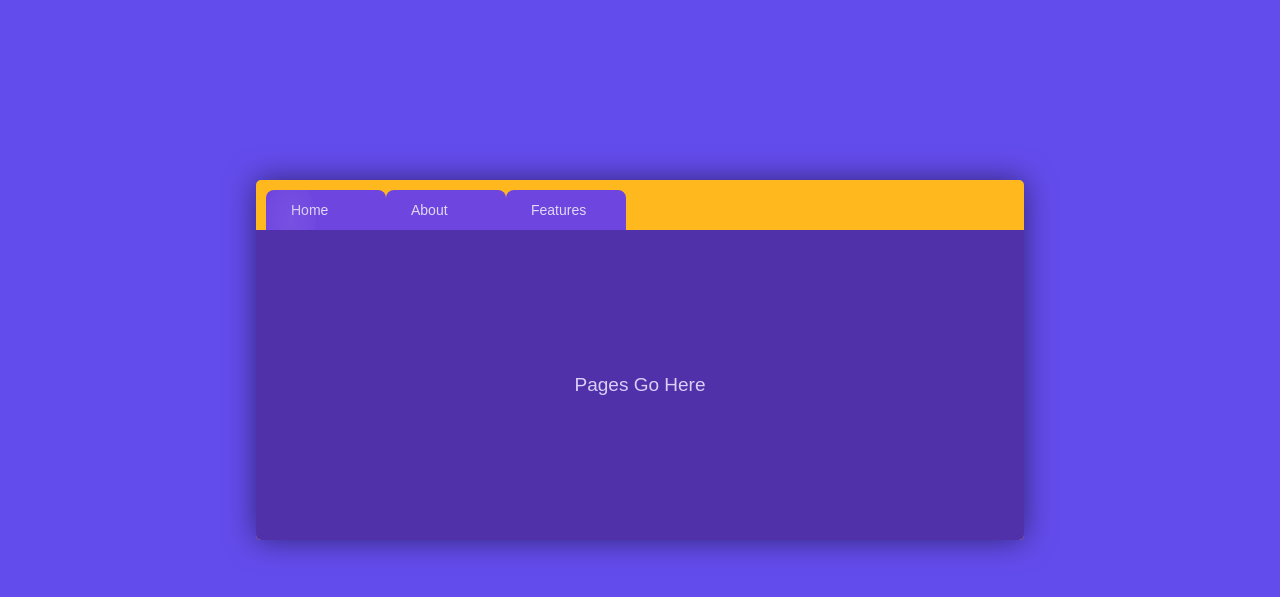
Repository: realistmccoy/browsertab
Page: /
The author's editor kept a copy of each file at every save. The page is drawn from the files as they stood at one save, then again after the next save.
The browser window is 1280 px wide. The pictures show the whole page.
The project was rebuilt for these pictures with package versions that can differ from the ones it lists, and the page was loaded fresh each time.

Above is the page before, as saved 2020-12-21 18:24:35.

### src/App.js
import React from 'react';
import './App.css';

function App() {
	return (
		<div className='app'>
			<div className='browser'>
				<div className='tabs'>
					<div className='tab'>
						<div className='highlight' />
						<a>Home</a>
					</div>
					<div className='tab'>
						<a>About</a>
					</div>
					<div className='tab'>
						<a>Features</a>
					</div>
				</div>

				<div className='viewport'>Pages Go Here</div>
			</div>
		</div>
	);
}

export default App;

### src/App.css
* {
	box-sizing: border-box;
}

body {
	font-family: Arial, Helvetica, sans-serif;
	font-size: 19px;
	margin: 0;
	padding: 0;
}

.app {
	display: flex;
	align-items: center;
	justify-content: center;
	background: #634cec;
	min-height: 100vh;
}

.browser {
	display: flex;
	flex-direction: column;
	background: #ffb91f;
	border-radius: 5px;
	box-shadow: 0 0 30px rgba(0, 0, 0, 0.5);
	min-width: 60%;
	min-height: 50vh;
}

.tabs {
	flex-shrink: 1;
	padding-left: 10px;
	padding-right: 10px;
	display: flex;
	padding-top: 10px;
}

.tab {
	position: relative;
	background: #6e45df;
	min-width: 120px;
	font-size: 14px;
	border-top-left-radius: 8px;
	border-top-right-radius: 8px;
	transition: 0.3s ease all;
	overflow: hidden;
	cursor: pointer;
}

.tab a {
	display: block;
	padding: 12px 25px;
	color: #e1daf5;
	text-decoration: none;
}

.tab a.is-active {
	background: #5131a9;
	color: #eee;
}

.address-bar {
	background: #5533b3;
	padding: 8px;
}

.address-bar input {
	background: #3a2081;
	color: #eee;
	border-radius: 20px;
	border: none;
	outline: none;
	width: 100%;
	padding: 8px 20px;
	font-size: 18px;
}

.viewport {
	display: flex;
	align-items: center;
	justify-content: center;
	background: #5131a9;
	color: #dacff7;
	flex: 1;
	flex-grow: 1;
	border-bottom-left-radius: 5px;
	border-bottom-right-radius: 5px;
}

/**
 * Add your highlight code here
 */

.highlight {
	display: block;
	position: absolute;
	height: 80px;
	width: 50px;
	top: -10px;
	border-radius: 50%;
	opacity: 0.2;
	pointer-events: none;
	background: radial-gradient(rgba(157, 128, 238, 1), rgba(157, 128, 238, 0));
}

Loaded but not shown: public/index.html (common file); src/index.js (common file)

After the next save:
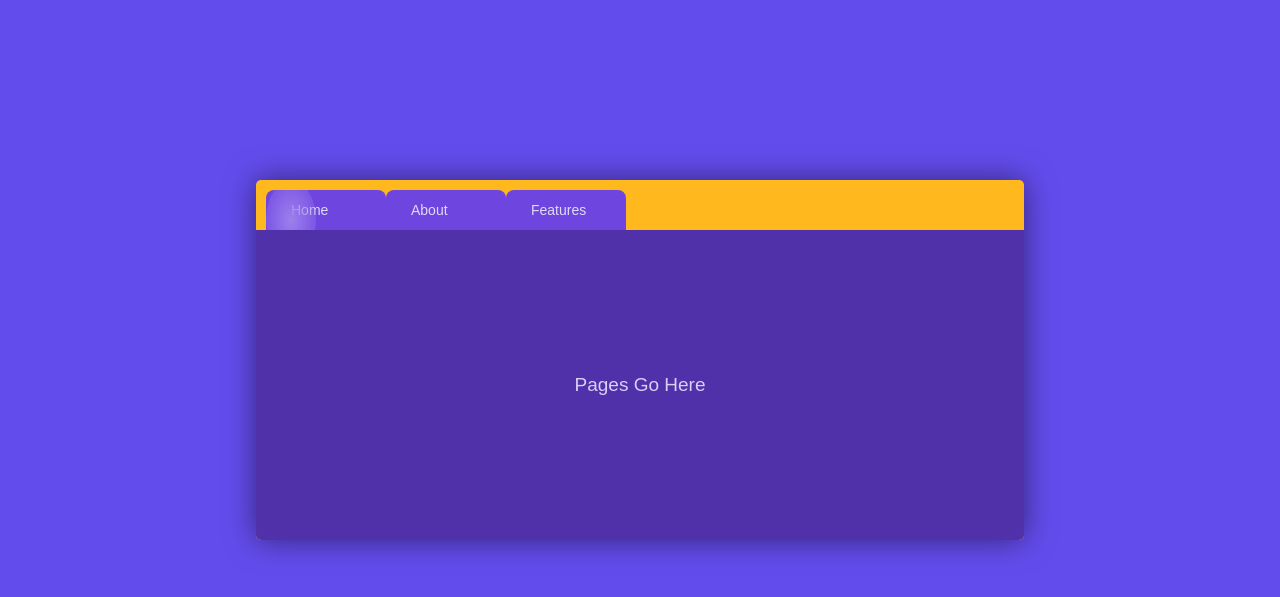
Saved 52 s later.
--- a/src/App.css
+++ b/src/App.css
@@ -98,7 +98,7 @@
 	width: 50px;
 	top: -10px;
 	border-radius: 50%;
-	opacity: 0.2;
+	opacity: 1;
 	pointer-events: none;
 	background: radial-gradient(rgba(157, 128, 238, 1), rgba(157, 128, 238, 0));
 }

After the save that followed:
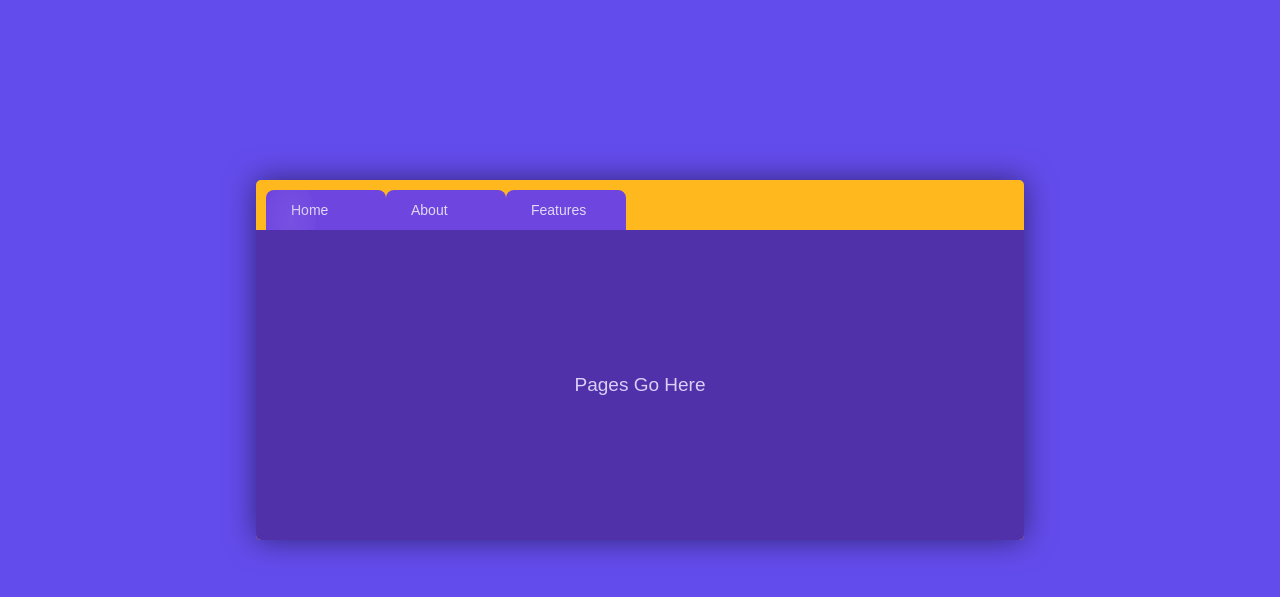
Saved 11 s later.
--- a/src/App.css
+++ b/src/App.css
@@ -98,7 +98,7 @@
 	width: 50px;
 	top: -10px;
 	border-radius: 50%;
-	opacity: 1;
+	opacity: 0.2;
 	pointer-events: none;
 	background: radial-gradient(rgba(157, 128, 238, 1), rgba(157, 128, 238, 0));
 }
